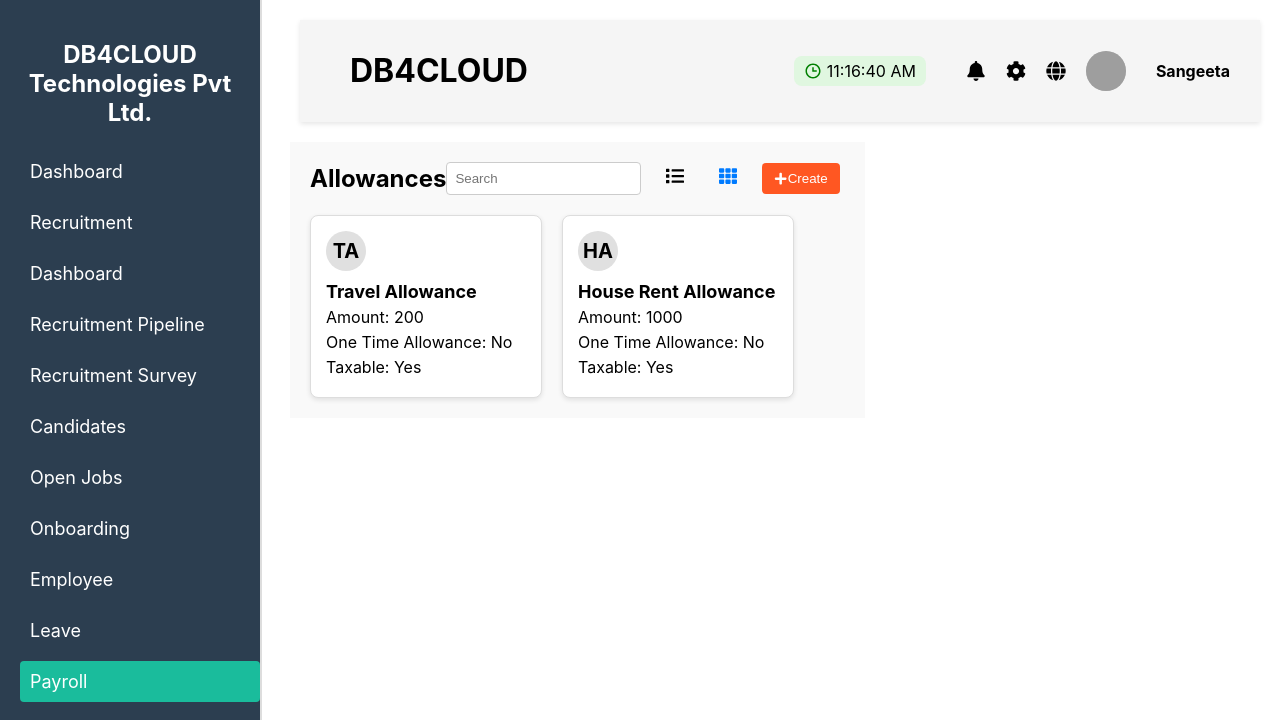
Repository: tinu-ns/Dev-code
Page: /payroll/allowances (app in HRMS-DEMO-Sang/hrms/)
These files come from the project's save history. The page is drawn as it stood at one moment and after the next save; the edit follows.
The browser window is 1280 px wide. The pictures show the whole page.
Pictures or frames that could not be fetched are drawn as grey boxes. The project was rebuilt for these pictures with package versions that can differ from the ones it lists, and the page was loaded fresh each time. Also part of the build but not shown: HRMS-DEMO-Sang/hrms/src/components/Dashboard.js, HRMS-DEMO-Sang/hrms/src/components/Recruitment/RecruitmentDashboard.js, HRMS-DEMO-Sang/hrms/src/components/Recruitment/RecruitmentPipeline.js, HRMS-DEMO-Sang/hrms/src/components/Payroll/Contract.js, HRMS-DEMO-Sang/hrms/src/components/Payroll/Deductions.js, HRMS-DEMO-Sang/hrms/src/components/Payroll/Payslips.js, HRMS-DEMO-Sang/hrms/src/components/Payroll/PayrollDashboard.js, HRMS-DEMO-Sang/hrms/src/components/MainContent.css and 3 more.

Above is the page before, as saved 2024-11-06 15:50:21.

### HRMS-DEMO-Sang/hrms/src/App.js
import React from 'react';
import { BrowserRouter as Router, Route, Routes, Navigate } from 'react-router-dom';
import Sidebar from './components/Sidebar';
import Dashboard from './components/Dashboard';
import RecruitmentDashboard from './components/Recruitment/RecruitmentDashboard';
import RecruitmentPipeline from './components/Recruitment/RecruitmentPipeline';
import Allowances from './components/Payroll/Allowances';
import Contract from './components/Payroll/Contract';
import Deductions from './components/Payroll/Deductions';
import Payslips from './components/Payroll/Payslips';
import PayrollDashboard from './components/Payroll/PayrollDashboard';
import Header from './components/Header';
import MainContent from './components/MainContent';
import RightSidebar from './components/RightSidebar';

import './App.css';

function App() {
  return (
    <Router>
      <div className="app">
        <Sidebar />
        <div className="content-container">
          <Header />
          <div className="main-section">
            <Routes>
              {/* Main Dashboard Route */}
              <Route path="/" element={<><MainContent /><RightSidebar /></>} />
              <Route path="/dashboard" element={<Dashboard />} />

              {/* Recruitment Section */}
              <Route path="/recruitment/dashboard" element={<RecruitmentDashboard />} />
              <Route path="/recruitment/pipeline" element={<RecruitmentPipeline />} />

              {/* Payroll Section Routes */}
              <Route path="/payroll/payroll-dashboard" element={<PayrollDashboard />} />
              <Route path="/payroll/allowances" element={<Allowances />} />
              <Route path="/payroll/contract" element={<Contract />} />
              <Route path="/payroll/deductions" element={<Deductions />} />
              <Route path="/payroll/payslips" element={<Payslips />} />

              {/* Redirect unknown routes to main dashboard */}
              <Route path="*" element={<Navigate to="/" />} />
            </Routes>
          </div>
        </div>
      </div>
    </Router>
  );
}

export default App;

### HRMS-DEMO-Sang/hrms/src/components/Payroll/Allowances.js
import React, { useState } from 'react';
import './Allowances.css';
import { FaSearch, FaList, FaTh, FaPlus, FaEdit, FaTrash } from 'react-icons/fa';

const allowancesData = [
  { id: 1, code: 'TA', name: 'Travel Allowance', amount: 200.0, oneTime: 'No', taxable: 'Yes' },
  { id: 2, code: 'HA', name: 'House Rent Allowance', amount: 1000.0, oneTime: 'No', taxable: 'Yes' },
  // Add more allowance data here
];

const Allowances = () => {
  const [searchTerm, setSearchTerm] = useState('');
  const [view, setView] = useState('card'); // 'card' or 'list'
  const [filteredData, setFilteredData] = useState(allowancesData);

  const handleSearch = (e) => {
    const term = e.target.value;
    setSearchTerm(term);
    if (term === '') {
      setFilteredData(allowancesData);
    } else {
      const filtered = allowancesData.filter((allowance) =>
        allowance.name.toLowerCase().includes(term.toLowerCase())
      );
      setFilteredData(filtered);
    }
  };

  return (
    <div className="allowances-container">
      <header className="allowances-header">
        <h2>Allowances</h2>
        <div className="controls">
          <input
            type="text"
            placeholder="Search"
            value={searchTerm}
            onChange={handleSearch}
            className="search-input"
          />
          <button className={`view-toggle ${view === 'list' ? 'active' : ''}`} onClick={() => setView('list')}>
            <FaList />
          </button>
          <button className={`view-toggle ${view === 'card' ? 'active' : ''}`} onClick={() => setView('card')}>
            <FaTh />
          </button>
          <button className="create-btn">
            <FaPlus /> Create
          </button>
        </div>
      </header>
      {view === 'card' ? (
        <div className="card-view">
          {filteredData.map((allowance) => (
            <div className="allowance-card" key={allowance.id}>
              <div className="card-icon">{allowance.code}</div>
              <div className="card-content">
                <h3>{allowance.name}</h3>
                <p>Amount: {allowance.amount}</p>
                <p>One Time Allowance: {allowance.oneTime}</p>
                <p>Taxable: {allowance.taxable}</p>
              </div>
            </div>
          ))}
        </div>
      ) : (
        <div className="list-view">
          <table>
            <thead>
              <tr>
                <th>Allowance</th>
                <th>Specific Employees</th>
                <th>Excluded Employees</th>
                <th>Is Taxable</th>
                <th>Is Condition Based</th>
                <th>Condition</th>
                <th>Is Fixed</th>
                <th>Amount</th>
                <th>Based On</th>
                <th>Rate</th>
                <th>Action</th>
              </tr>
            </thead>
            <tbody>
              {filteredData.map((allowance) => (
                <tr key={allowance.id}>
                  <td>{allowance.name}</td>
                  <td>-</td>
                  <td>-</td>
                  <td>{allowance.taxable}</td>
                  <td>No</td>
                  <td>-</td>
                  <td>Yes</td>
                  <td>{allowance.amount}</td>
                  <td>-</td>
                  <td>-</td>
                  <td>
                    <button className="edit-btn"><FaEdit /></button>
                    <button className="delete-btn"><FaTrash /></button>
                  </td>
                </tr>
              ))}
            </tbody>
          </table>
        </div>
      )}
    </div>
  );
};

export default Allowances;

### HRMS-DEMO-Sang/hrms/src/components/Header.js
import React, {useState,useEffect} from 'react'
import {FaBell, FaCog, FaGlobe, FaSignOutAlt} from 'react-icons/fa'
import {BiTime} from 'react-icons/bi'
import './Header.css'

const Header = () => {
    const [currentTime, setCurrentTime] = useState('')
    const [showDropdown, setShowDropdown] = useState(false);

    const getCurrentTime = () => {
        const now = new Date()
        return now.toLocaleTimeString()   // Returns time as HH:MM:SS
    }

// Update time every second
useEffect(() => {
    const timer = setInterval(() => {
      setCurrentTime(getCurrentTime());
    }, 1000); // Update every 1000ms (1 second)

    // Cleanup interval on component unmount
    return () => clearInterval(timer);
  }, []); // Empty dependency array to run only on mount/unmount


    const toggleDropdown = () => {
        setShowDropdown(!showDropdown)
    }


  return (
    <header className='bg-container'>
      <div className='header'>
        <div className="header-left">
        <button className='menu-button'></button>
        <h1>DB4CLOUD</h1>
        </div>

        <div className="header-right">
          {/*  <p>You cannot mark attendence from this network</p> */}

                {/* Time display*/ }
                <div className="time-box">
                    <BiTime className='time-icon' />
                    <span>{currentTime}</span>
                </div>

                {/*Icons for notificatins, settings, etc. */}
                <FaBell className='icon' title='Notifications' />
                <FaCog className="icon" title="Settings" />
                <FaGlobe className='icon' title='Language' />

                {/* User Profile with dropdown*/ }

                <div className="user-profile" onClick={toggleDropdown}>
                    <div className="user-avatar">
                    < img src="https://th.bing.com/th/id/OIP.Pgv1PargHCECE7gCB5kJ-wHaKx?rs=1&pid=ImgDetMain"
                alt="user-Avatar" className="avatar" />
                    </div>
                    <span className="user-name">Sangeeta</span>

{showDropdown && (
    <div className="dropdown">
        <ul>
            <li>Profile</li>
            <li>Setting</li>
            <li>
                <FaSignOutAlt /> Logout
            </li>
        </ul>
    </div>
)}

</div>

     {  /*      <div className="user-info">
                <span className='user-name'>Shalu</span>
                < img src="https://th.bing.com/th/id/OIP.Pgv1PargHCECE7gCB5kJ-wHaKx?rs=1&pid=ImgDetMain"
                alt="user-Avatar" className="avatar" />
            </div>
            */ }
        </div>


      </div>

    </header>
  )
}

export default Header

### HRMS-DEMO-Sang/hrms/src/App.css
.app{
  display: flex;
  height: 100vh;
  background-color: #f4f4f4;
}

.content-container{
  flex-grow: 1;
  padding: 20px;
  background-color: #fff;
  margin-left: 200px;
  display: flex;
  flex-direction: column;

}

.main-section{
  display: flex;
  justify-content: space-between;
  padding: 20px;
}


.sidebar {
  width: 220px;
  background-color: #2c3e50;
  position: fixed;
  height: 100vh;
}

### HRMS-DEMO-Sang/hrms/src/components/Sidebar.css
 .container{
    display: flex;
    height: 100vh;
    margin-right: 50px;
}

/*
.content{
    flex-grow: 1;
    padding: 20px;
    padding-left: 50px;

}  */

.sidebar {
    width: 220px;
    height: 100vh;
    background-color: #503f2c;
    padding: 20px;
    color: white;
    height: 100vh;
    position: fixed;
    border-right: 2px solid #ddd;
    overflow-y: auto;        /* Allows vertical scrolling */
    position: fixed;
    margin-right: 200px;        /* Keeps sidebar fixed on the left side */

  }



  .sidebar h2{
    text-align: center;
    margin-bottom: 30px;
    font-size: 24px;
  }

  .sidebar-list{
    list-style-type: none;
    padding: 0;
  }


  .sidebar-list li{
    margin-bottom: 15px;
  }

  .sidebar-list li a {
    color: white;
    text-decoration: none;
    font-size: 18px;
    padding: 10px;
    border-radius: 4px;
    display: block;
  }

  .sidebar-list li a:hover{
    color: #1abc9c;
  }

  .sidebar-list li a.active{
    background-color: #1abc9c;
    color: white;
  }

  .sidebar {
    width: 250px;
    background-color: #2E3A46;
    color: #FFF;
    padding: 20px;
    height: 100vh;
  }

  .sidebar h2 {
    font-size: 1.5em;
    margin-bottom: 1em;
  }

  .sidebar ul {
    list-style: none;
    padding: 0;
  }

  .sidebar li {
    margin: 10px 0;
  }

  .sidebar li ul {
    margin-top: 5px;
  }

  .sidebar a {
    color: #FFF;
    text-decoration: none;
  }

  .sidebar a:hover {
    text-decoration: underline;
  }

  .sidebar a.active {
    color: #20c997;
  }

  .sidebar ul li a:hover, .menu-toggle:hover {
    background-color: #34495e;
  }

  .menu-toggle {
    background: none;
    border: none;
    color: #ecf0f1;
    font-size: 1rem;
    text-align: left;
    cursor: pointer;
    width: 100%;
    padding: 10px;
  }

  .submenu {
    list-style-type: none;
    padding-left: 20px;
  }

  .submenu li a {
    padding-left: 20px;
    font-size: 0.9rem;
  }

### HRMS-DEMO-Sang/hrms/src/components/Recruitment/RecruitmentPipeline.css
.pipeline-container {
    padding: 20px;
    background-color: #f5f5f5;
    border-radius: 8px;
  }

  .pipeline-section {
    margin-top: 20px;
  }

  .pipeline-section h3 {
    background-color: #f8f9fa;
    padding: 10px;
    border-left: 5px solid #ffa500;
  }

  .recruitment-table {
    width: 100%;
    border-collapse: collapse;
  }

  .recruitment-table th,
  .recruitment-table td {
    padding: 10px;
    border-bottom: 1px solid #ddd;
    text-align: left;
  }

  .recruitment-table th {
    background-color: #f1f1f1;
  }

  button {
    padding: 5px 10px;
    margin: 0 5px;
    border: none;
    border-radius: 4px;
    cursor: pointer;
  }

  button:hover {
    background-color: #ddd;
  }

### HRMS-DEMO-Sang/hrms/src/components/Payroll/Allowances.css
.allowances-container {
    padding: 20px;
    background-color: #f9f9f9;
  }

  .allowances-header {
    display: flex;
    justify-content: space-between;
    align-items: center;
    margin-bottom: 20px;
  }

  .allowances-header h2 {
    margin: 0;
  }

  .controls {
    display: flex;
    align-items: center;
  }

  .search-input {
    padding: 8px;
    margin-right: 10px;
    border: 1px solid #ccc;
    border-radius: 4px;
  }

  .view-toggle {
    background: none;
    border: none;
    font-size: 18px;
    margin-right: 10px;
    cursor: pointer;
  }

  .view-toggle.active {
    color: #007bff;
  }

  .create-btn {
    display: flex;
    align-items: center;
    padding: 8px 12px;
    background-color: #ff5722;
    color: white;
    border: none;
    border-radius: 4px;
    cursor: pointer;
  }

  .card-view {
    display: flex;
    gap: 20px;
    flex-wrap: wrap;
  }

  .allowance-card {
    background: white;
    border: 1px solid #ddd;
    border-radius: 8px;
    padding: 15px;
    width: 200px;
    box-shadow: 0 2px 5px rgba(0, 0, 0, 0.1);
  }

  .card-icon {
    font-size: 20px;
    font-weight: bold;
    background: #e0e0e0;
    width: 40px;
    height: 40px;
    display: flex;
    align-items: center;
    justify-content: center;
    border-radius: 50%;
    margin-bottom: 10px;
  }

  .card-content h3 {
    margin: 0;
    font-size: 18px;
  }

  .card-content p {
    margin: 5px 0;
  }

  .list-view {
    background: white;
    border-radius: 8px;
    overflow: hidden;
    box-shadow: 0 2px 5px rgba(0, 0, 0, 0.1);
  }

  table {
    width: 100%;
    border-collapse: collapse;
  }

  table th, table td {
    padding: 12px;
    text-align: left;
    border-bottom: 1px solid #ddd;
  }

  .edit-btn, .delete-btn {
    background: none;
    border: none;
    cursor: pointer;
    font-size: 16px;
    margin-right: 8px;
  }

  .edit-btn {
    color: #007bff;
  }

  .delete-btn {
    color: #ff5722;
  }

### HRMS-DEMO-Sang/hrms/src/components/Payroll/PayrollDashboard.css
/* PayrollDashboard.css */
.payroll-dashboard {
  padding: 20px;
}

.status-containers {
  display: flex;
  justify-content: space-between;
  margin-bottom: 20px;
}

.status-container {
  background-color: #f0f0f0;
  border: 1px solid #ccc;
  padding: 10px;
  text-align: center;
  width: 18%;
}

.paid {
  background-color: #d4edda;
}
.confirmed {
  background-color: #cce5ff;
}
.review {
  background-color: #fff3cd;
}
.draft {
  background-color: #f8d7da;
}


.export-buttons {
  display: flex;
  gap: 10px;
  padding: 10px;
  text-align: center;
  cursor: pointer;
  width: 100px;


}

.export{
    color: #28a745;
    font-size: 15px;
    padding: 10px 15px;
    font-weight: 700;
    cursor: pointer;
    font-size: 15px;
    background-color:  #e3e8eb;
    border-radius: 5px;
    border: none;
}

.export:hover {
    background-color: rgb(152, 225, 152);
  }

.export-form {
  margin-top: 20px;
  border: 1px solid #ccc;
  padding: 20px;
  background-color: #f9f9f9;
  border: 1px solid #ccc;
  border-radius: 5px;
  width: 40%;
  display: flex;
  flex-direction: column;
  box-shadow: 0px 4px 8px rgba(0, 0, 0, 0.1);
}

.form-row {
    display: flex;
    gap: 20px;
    margin-bottom: 10px;
  }

  .form-group {
    display: flex;
    flex-direction: column;
    flex: 1;
  }

  .form-group label {
    margin-bottom: 5px;
    font-size: 14px;
    color: #333;
    font-weight: bold;
  }

.export-form label {
  display: block;
  margin-bottom: 10px;
}

.export-form input,
.export-form select {
    padding: 8px;
  border: 1px solid #ccc;
  border-radius: 5px;
}

.export-form button {
  margin-top: 10px;
  padding: 10px;
  background-color: #28a745;
  color: white;
  border: none;
  cursor: pointer;
}

.submit-button:hover {
    background-color: #218838;
  }

.status {
  display: flex;
  justify-content: space-around;
  gap: 20px;
}

.status-item {
  background-color: #f5f5f5;
  padding: 20px;
  width: 200px;
  text-align: center;
  border-radius: 8px;
  margin-bottom: 20px;
  box-shadow: 0px 4px 8px rgba(0, 0, 0, 0.1);
  border-top: 1px solid green;
}

.row-container {
  display: flex;
  align-items: center;
  justify-content: space-between; /* Space between calendar and export button */
  margin-bottom: 20px;
  background-color: #d4edda;
  text-align: center;
  align-self: center;


}

.calendar-container {
    margin-bottom: 20px;
  }


.date-selector {
  display: flex;
  flex-direction: row;
  padding: 10px;
}

.date-selector label {
  font-size: 14px;
  margin-bottom: 5px;
  margin-right: 10px;
  color: rgb(121, 5, 5);
  font-weight: bold;
  text-align: center;
}

.date-selector input[type="month"] {
  padding: 5px;
  border: 1px solid #ccc;
  border-radius: 5px;
  box-shadow: 0px 4px 8px rgba(0, 0, 0, 0.1);
}

.dashboard-content {
  display: grid;
  grid-template-columns: 1fr 1fr;
  gap: 20px;
}

.employee-payslips,
.contributions,
.contracts-ending,
.department-chart {
  background-color: #ffffff;
  border: 1px solid #e0e0e0;
  border-radius: 8px;
  padding: 20px;
}

.employee-payslips h3,
.contributions h3,
.contracts-ending h3,
.department-chart h3 {
  font-size: 16px;
  color: #333333;
  margin-bottom: 10px;
  text-align: center;
  padding-bottom: 10px;
}

.payslip-chart,
.chart-placeholder {
  height: 200px;
  background-color: hsl(335, 23%, 90%);
  border-radius: 8px;
  display: flex;
  align-items: center;
  justify-content: center;
}


.payslip-chart {
    height: 300px;
    border-radius: 8px;
    display: flex;
    align-items: center;
    justify-content: center;
    padding: 10px;
  }

  .contributions {
    margin-top: 20px;
  }


.employee-dropdown {
  width: 100%;
  padding: 8px;
  margin-bottom: 20px;
  border: 1px solid #ccc;
  border-radius: 5px;
}

table {
  width: 100%;
  border-collapse: collapse;
  margin-top: 10px;
}

th,
td {
  padding: 8px;
  text-align: left;
  border-bottom: 1px solid #ddd;
}

.avatar {
    display: inline-flex;
    align-items: center;
    justify-content: center;
    width: 30px;
    height: 30px;
    border-radius: 50%;
    background-color: #007bff;
    color: white;
    font-weight: bold;
    margin-right: 8px;
    font-size: 14px;
}

.no-contracts {
  text-align: center;
  color: #777;
  font-style: italic;
}

.department-chart {
    background-color: #ffffff;
    border: 1px solid #e0e0e0;
    border-radius: 8px;
    padding: 20px;
    text-align: center;
  }

  .department-chart h3 {
    font-size: 16px;
    color: #333333;
    margin-bottom: 10px;
  }

  .department-chart canvas {
    max-width: 300px; /* Adjust size if needed */
    margin: 0 auto;
  }

  .contracts-ending {
    background-color: #ffffff;
    border: 1px solid #e0e0e0;
    border-radius: 8px;
    padding: 20px;
    box-shadow: 0px 4px 8px rgba(0, 0, 0, 0.1);
    margin-bottom: 20px;
  }

  .contracts-header {
    display: flex;
    flex-direction: column;
    align-items: flex-start;
    margin-bottom: 15px;
  }

  .contracts-header h3 {
    font-size: 16px;
    color: #333333;
    margin: 0;
  }

  .contract-count {
    color: #888;
    font-size: 14px;
  }

  .contract-list {
    display: flex;
    flex-direction: column;
    gap: 10px;
  }

  .contract-item {
    display: flex;
    align-items: center;
    gap: 10px;
    padding: 10px;
    background-color: #f5f5f5;
    border-radius: 6px;
    transition: background-color 0.3s ease;
  }

  .contract-item:hover {
    background-color: #e8f8ff;
  }

  .contract-circle {
    width: 40px;
    height: 40px;
    background-color: #007bff;
    color: #ffffff;
    font-weight: bold;
    display: flex;
    align-items: center;
    justify-content: center;
    border-radius: 50%;
    font-size: 14px;
  }

  .contract-details {
    display: flex;
    flex-direction: column;
  }

  .employee-name {
    font-weight: 600;
    color: #333;
  }

  .contract-date {
    font-size: 13px;
    color: #555;
  }

### HRMS-DEMO-Sang/hrms/src/components/Header.css
.bg-container{
  padding-left: 30px;

}

.header {
    background-color: #f5f5f5;
    padding: 10px 20px;
    display: flex;
    justify-content: space-between;
    align-items: center;
    box-shadow: 0px 2px 5px rgba(0, 0, 0, 0.1);
  }

  .header-left {
    display: flex;
    align-items: center;
  }

  .menu-button {
    font-size: 24px;
    background: none;
    border: none;
    cursor: pointer;
  }

  .h1{
    margin-left: 15px;
    font-size: 24px;
    color: red! important ;
  }

  .header-right{
    display: flex;
    align-items: center;
  }

  .icon{
    margin-left: 20px;
    font-size: 20px;
    cursor: pointer;
  }

  .time-box {
    display: flex;
    align-items: center;
    background-color: #e0f7e0;
    padding: 5px 10px;
    border-radius: 8px;
    margin-right: 20px;
  }

  .time-icon {
    margin-right: 5px;
    font-size: 18px;
    color: green;
  }

  .user-profile{
    display: flex;
    align-items: center;
    cursor: pointer;
    position: relative;
  }

  .user-avatar{
    padding: 20px;
  }

  .avatar{
    width: 40px;
    height: 40px;
    background-color: #d4d4d4;
    border-radius: 50%;
    display: flex;
    justify-content: center;
    align-items: center;
    font-size: 18px;
    color: white;
    margin-right: 10px;

  }

  .user-name{
    font-weight: bold;
  }

  .dropdown{
    position: absolute;
    top: 50px;
    right: 0;
    background-color: #fff;
    box-shadow: 0px 2px 8px rgba(0, 0, 0, 0.1);
    border-radius: 5px;
    z-index: 100;
  }

  .dropdown ul {
    list-style-type: none;
    padding: 10px;
    margin: 0;
  }

  .dropdown ul li {
    padding: 10px 15px;
    cursor: pointer;
  }

  .dropdown ul li:hover {
    background-color: #f5f5f5;
  }

  .user-info {
    display: flex;
    align-items: center;
  }

  .user-name {
    margin-right: 10px;
  }

Loaded but not shown: HRMS-DEMO-Sang/hrms/public/index.html (common file); HRMS-DEMO-Sang/hrms/src/index.js (common file); HRMS-DEMO-Sang/hrms/src/index.css (common file); HRMS-DEMO-Sang/hrms/src/reportWebVitals.js (common file); HRMS-DEMO-Sang/hrms/src/components/Sidebar.js (102 lines, source omitted)

After the next save:
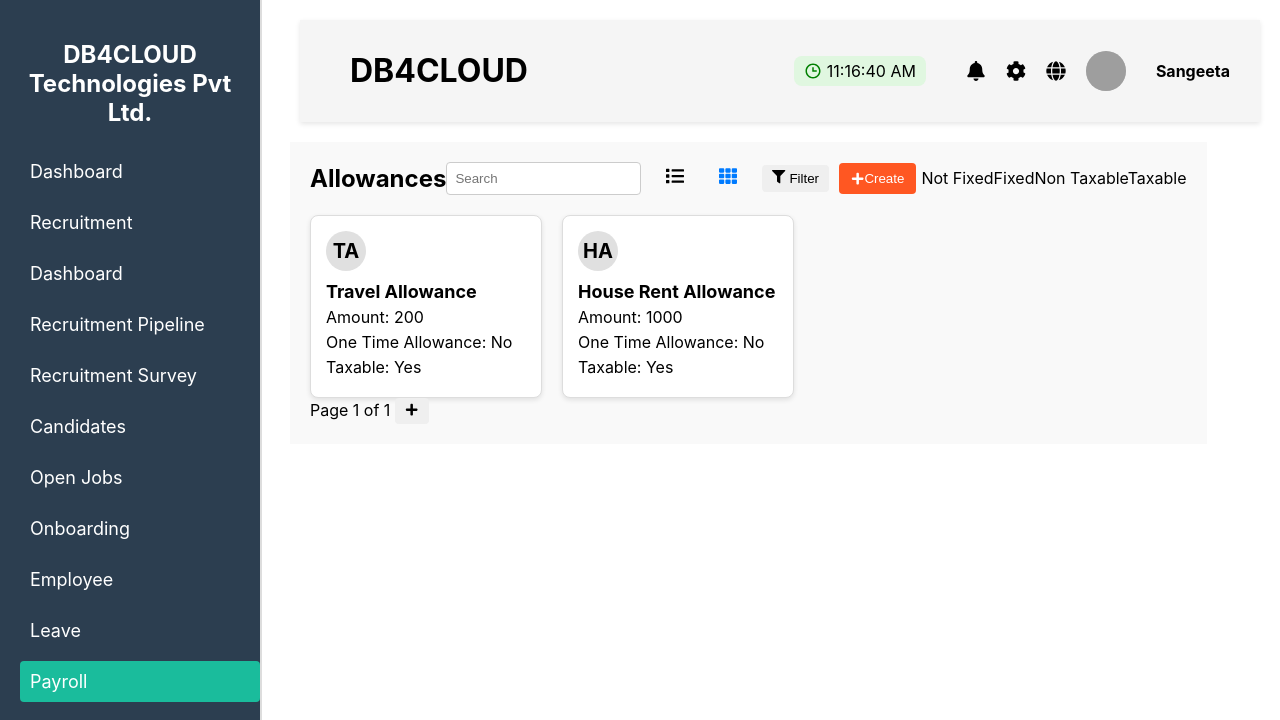
Saved 7 min 21 s later.
--- a/HRMS-DEMO-Sang/hrms/src/components/Payroll/Allowances.js
+++ b/HRMS-DEMO-Sang/hrms/src/components/Payroll/Allowances.js
@@ -1,10 +1,10 @@
 import React, { useState } from 'react';
 import './Allowances.css';
-import { FaSearch, FaList, FaTh, FaPlus, FaEdit, FaTrash } from 'react-icons/fa';
+import { FaSearch, FaList, FaTh, FaFilter, FaPlus, FaEdit, FaTrash } from 'react-icons/fa';
 
 const allowancesData = [
-  { id: 1, code: 'TA', name: 'Travel Allowance', amount: 200.0, oneTime: 'No', taxable: 'Yes' },
-  { id: 2, code: 'HA', name: 'House Rent Allowance', amount: 1000.0, oneTime: 'No', taxable: 'Yes' },
+  { id: 1, code: 'TA', name: 'Travel Allowance', amount: 200.0, oneTime: 'No', taxable: 'Yes', fixed: false },
+  { id: 2, code: 'HA', name: 'House Rent Allowance', amount: 1000.0, oneTime: 'No', taxable: 'Yes', fixed: true },
   // Add more allowance data here
 ];
 
@@ -44,11 +44,21 @@ const Allowances = () => {
           <button className={`view-toggle ${view === 'card' ? 'active' : ''}`} onClick={() => setView('card')}>
             <FaTh />
           </button>
+          <button className="filter-btn">
+            <FaFilter /> Filter
+          </button>
           <button className="create-btn">
             <FaPlus /> Create
           </button>
         </div>
+        <div className="status-indicators">
+          <span className="dot not-fixed">Not Fixed</span>
+          <span className="dot fixed">Fixed</span>
+          <span className="dot non-taxable">Non Taxable</span>
+          <span className="dot taxable">Taxable</span>
+        </div>
       </header>
+
       {view === 'card' ? (
         <div className="card-view">
           {filteredData.map((allowance) => (
@@ -90,7 +100,7 @@ const Allowances = () => {
                   <td>{allowance.taxable}</td>
                   <td>No</td>
                   <td>-</td>
-                  <td>Yes</td>
+                  <td>{allowance.fixed ? 'Yes' : 'No'}</td>
                   <td>{allowance.amount}</td>
                   <td>-</td>
                   <td>-</td>
@@ -104,6 +114,13 @@ const Allowances = () => {
           </table>
         </div>
       )}
+
+      <footer className="footer">
+        <span>Page 1 of 1</span>
+        <button className="add-btn">
+          <FaPlus />
+        </button>
+      </footer>
     </div>
   );
 };
